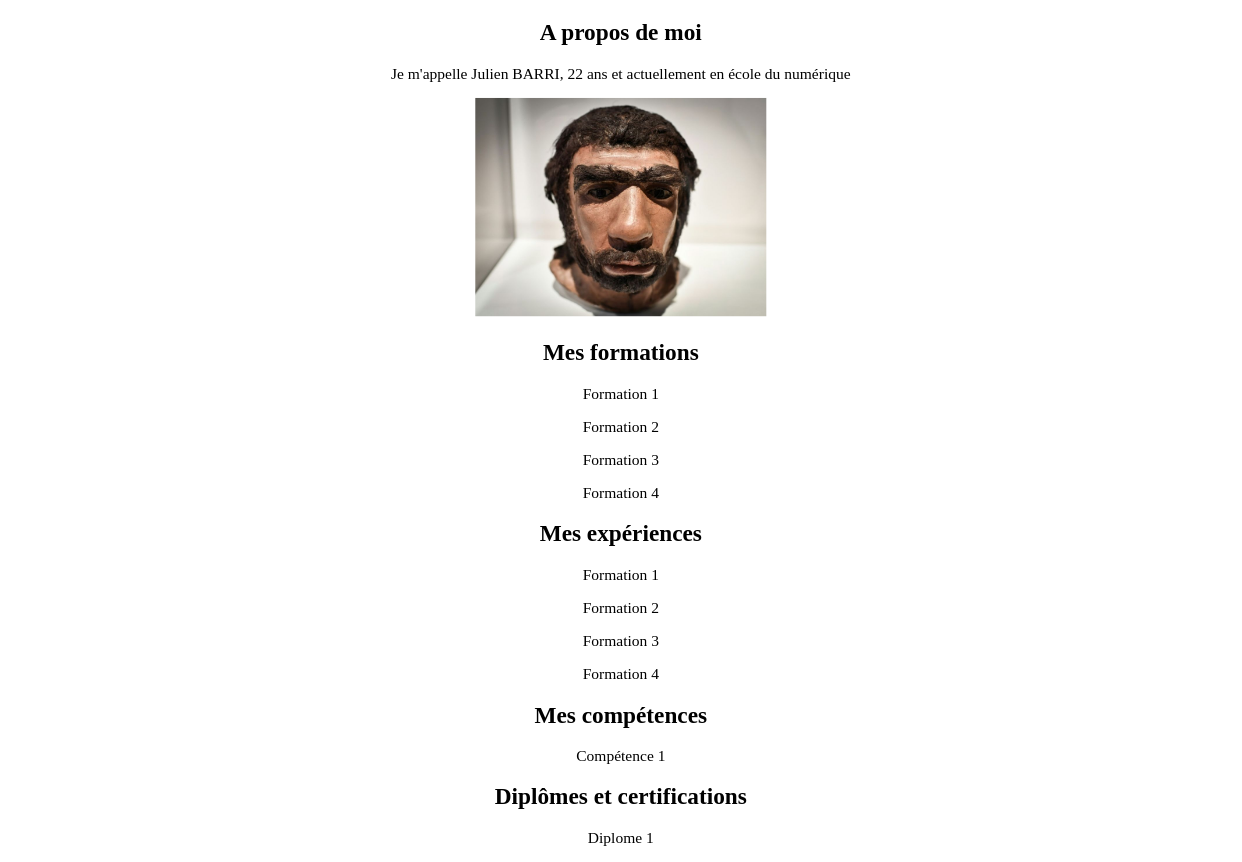
Repository: barridev/cours_devops.github.io
Page: index.html
An editor plug-in stored every save of this project. The page is shown before and after the next save, followed by the edit.
The browser window is 1280 px wide. The pictures show the whole page, at 97% of full size.

Above is the page before, as saved 2022-06-13 15:06:17.

### index.html
<!DOCTYPE html>
<html lang="en">

<head>
    <meta charset="UTF-8">
    <meta http-equiv="X-UA-Compatible" content="IE=edge">
    <meta name="viewport" content="width=device-width, initial-scale=1.0">
    <title>Document</title>
    <link rel="stylesheet" href="style.css">
</head>

<body>

    <section class="center">
        <div>
            <h1>A propos de moi</h1>
            <p>Je m'appelle Julien BARRI, 22 ans et actuellement en école du numérique</p>
            <img width="300x300" src="homme.jpeg" alt="homme">
        </div>
    </section>

    <section class="center">
        <div class="test">
            <h2> Mes formations </h2>
            <p>Formation 1</p>
            <p>Formation 2</p>
            <p>Formation 3</p>
            <p>Formation 4</p>
        </div>
    </section>

    <section class="center">
        <div>
            <h2> Mes expériences </h2>
            <p>Formation 1</p>
            <p>Formation 2</p>
            <p>Formation 3</p>
            <p>Formation 4</p>
        </div>
    </section>

    <section class="center">
        <div>
            <h2> Mes compétences</h2>
            <p>Compétence 1</p>
        </div>

    </section>

    <section class="center">
        <div>
            <h2> Diplômes et certifications</h2>
            <p>Diplome 1</p>
        </div>

    </section class="center">

</body>

</html>

Loaded but not shown: style.css (common file)

After the next save:
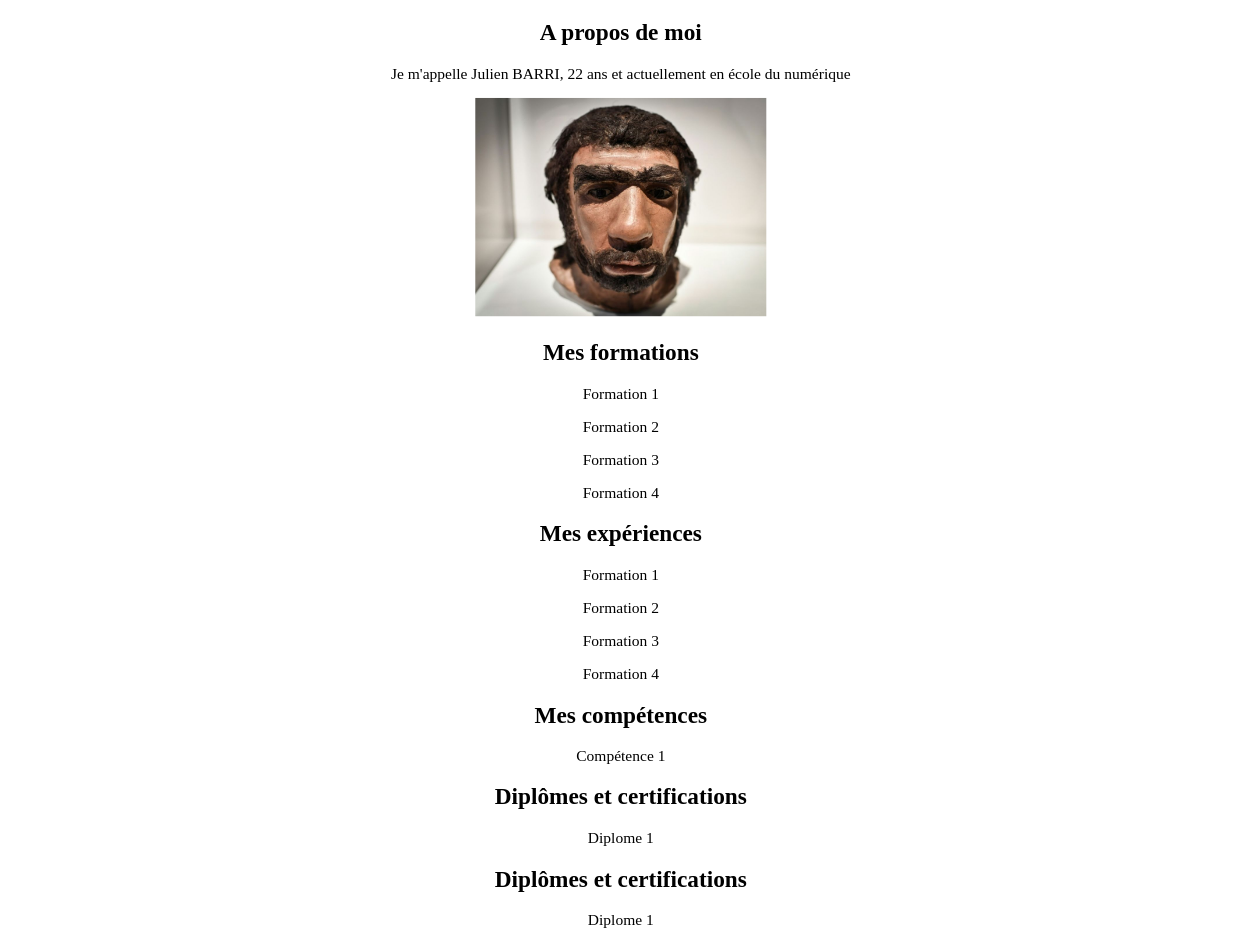
Saved 14 min 34 s later.
--- a/index.html
+++ b/index.html
@@ -55,6 +55,14 @@
 
     </section class="center">
 
+    <section class="center">
+        <div>
+            <h2> Diplômes et certifications</h2>
+            <p>Diplome 1</p>
+        </div>
+
+    </section class="center">
+
 </body>
 
 </html>
